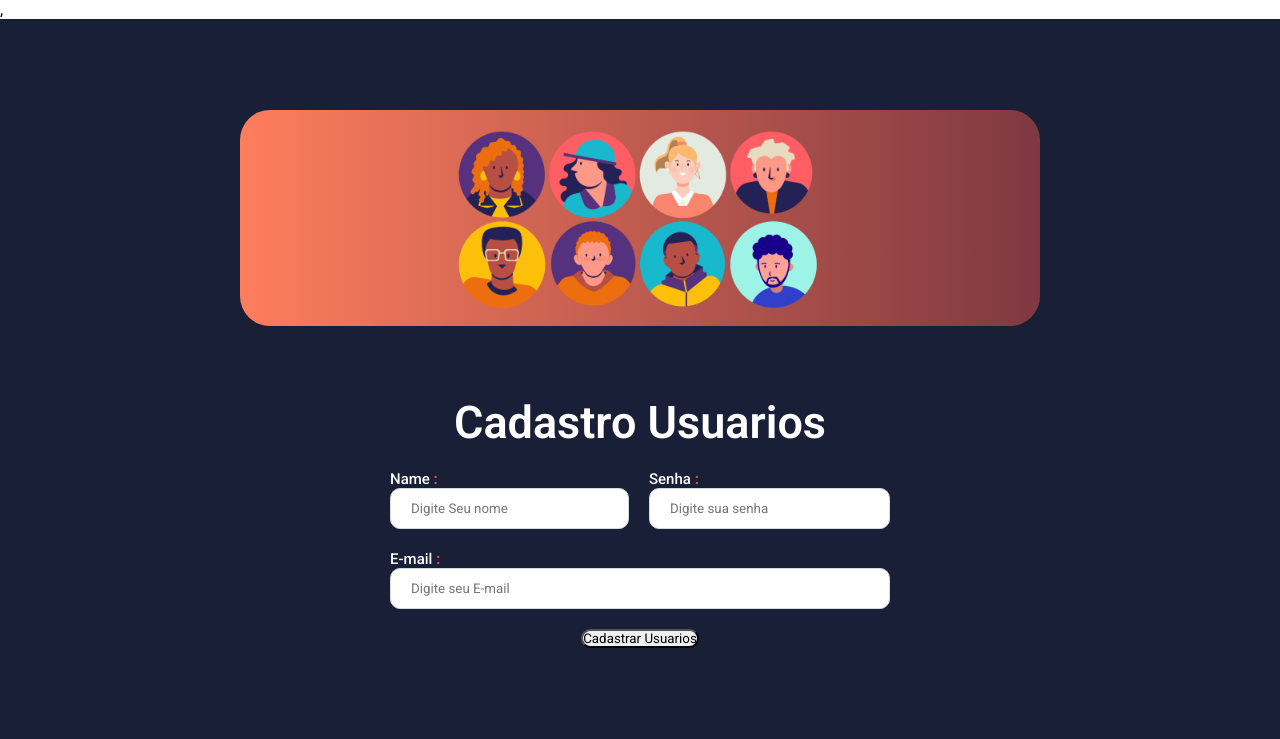
Repository: lcluizrj/meu-projeto-vscode
Page: / (app in cadastro-usuarios-devclub/)
These files come from the project's save history. The page is drawn as it stood at one moment and after a run of saves; the edit follows.
The browser window is 1280 px wide. The pictures show the whole page.
The project was rebuilt for these pictures with package versions that can differ from the ones it lists, and the page was loaded fresh each time. Also part of the build but not shown: cadastro-usuarios-devclub/vite.config.js.

Above is the page before, as saved 2026-08-15 17:29:44.

### cadastro-usuarios-devclub/index.html
<!doctype html>
<html lang="en">
  <head>
    <meta charset="UTF-8" />
    <link rel="icon" type="image/svg+xml" href="/favicon.svg" />
    <meta name="viewport" content="width=device-width, initial-scale=1.0" />
    <title>cadastro-usuarios-devclub</title>
    <link rel="preconnect" href="https://fonts.googleapis.com">
    <link rel="preconnect" href="https://fonts.gstatic.com" crossorigin>
    <link href="https://fonts.googleapis.com/css2?family=Poppins:wght@300;600&family=Roboto:ital,wght@0,100..900;1,100..900&display=swap" rel="stylesheet">
  </head>
  <body>
    <div id="root"></div>
    <script type="module" src="/src/main.jsx"></script>
  </body>
</html>

### cadastro-usuarios-devclub/src/main.jsx
import React from 'react'
import ReactDOM from 'react-dom/client'
import {GlobalStyles} from './styles/GlobalStyles.js'
import App from './App.jsx'

ReactDOM.createRoot(document.getElementById('root')).render(
  <React.StrictMode>
    <GlobalStyles/>,
    <App />
  </React.StrictMode>,
)

### cadastro-usuarios-devclub/src/styles/GlobalStyles.js
import { createGlobalStyle } from 'styled-components';

export const GlobalStyles = createGlobalStyle`
      *{
        margin: 0;
        padding:0;
        box-sizing:border-box;
        font-family: "Roboto", sans-serif;
       }

`

### cadastro-usuarios-devclub/src/App.jsx
import {Title, Container, Topbackground, Form, ContainerInputs, InputLabel, Input, Button} from "./styles"

import UsersImage from './assets/users.png'

function Home() {

return (
  <Container>
    <Topbackground>
      <img src={UsersImage} alt="Imagens-Usuarios" />
    </Topbackground>

    <Form>
      <Title> Cadastro Usuarios </Title>
      <ContainerInputs>

         <div>
         <InputLabel>
         Name <span>: </span>
         </InputLabel>
         <Input type="text" placeholder="Digite Seu nome" />
         </div>

         <div>
         <InputLabel >
          Senha <span>: </span>
          </InputLabel>
         <Input type="number" placeholder="Digite sua senha"/>
         </div>


      </ContainerInputs>
         <div style={{width: '100%'}}>
         <InputLabel >
          E-mail <span>: </span>
          </InputLabel>
         <Input type="e-mail" placeholder="Digite seu E-mail"/>
         </div>

         <Button>Cadastrar Usuarios</Button>
    </Form>


  </Container>
)

}

export default Home

### cadastro-usuarios-devclub/src/styles.js
import styled from 'styled-components'

export const Container = styled.div `
      background-color: #181f36;
      display: flex;
      flex-direction: column;
      align-items: center;
      justify-content: space-evenly;
      padding: 20px;
      height: 100vh;
`

export const Topbackground= styled.div`
      display: flex;
      align-items: center;
      justify-content: center;
      background:linear-gradient(to right, #fe7e5d,#7f3841) ;
      height: 30vh;
      width: 90vw;
      max-width: 800px;
      border-radius: 30px;

img{
      max-width: 100%;
      max-height: 100%;
   }
`

export const Form = styled.form`
      display: flex;
      flex-direction: column;
      align-items: center;
      gap: 20px;
      max-width: 500px;

`
export const Title = styled.h2 `
      color:#fff ;
      text-align: center;
      font-size: 45px;
      font-style: normal;
      font-weight: 600;


`

export const ContainerInputs = styled.div`
      display: flex;
      gap: 20px;
`

export const Input = styled.input`
      border-radius: 10px;
      border: 1px solid #d2dae2;
      background-color: #fff;
      padding: 12px 20px;
      outline: none;
      width: 100%;
`

export const InputLabel = styled.label`
     color: #fff;
     font-size: 15px;
     font-weight: 500;
span {
     color: #ef4f45;
     font-weight: bold;
     }

`

export const Button = styled.button `
      border-radius: 15px;
      border:;



`

After the next 2 saves:
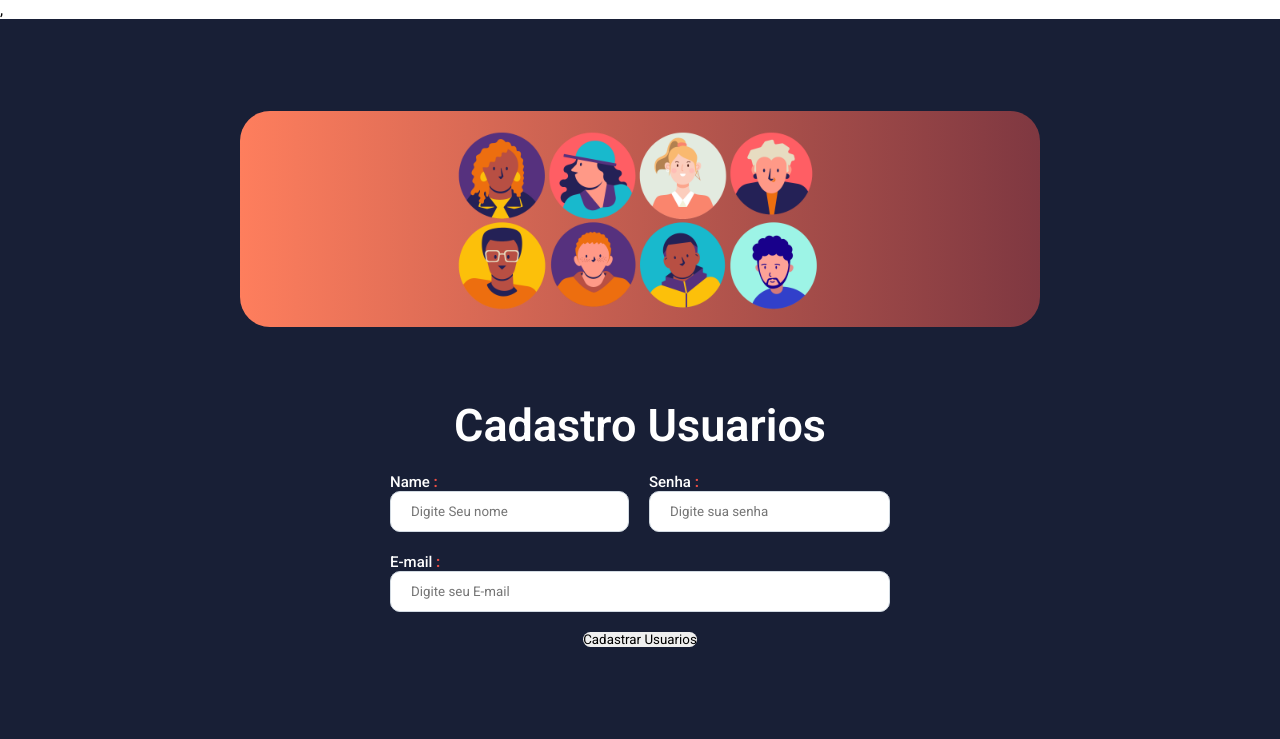
The 2 saves are shown as one change because they came seconds apart.
The last was saved 5 s later.
--- a/cadastro-usuarios-devclub/src/styles.js
+++ b/cadastro-usuarios-devclub/src/styles.js
@@ -71,7 +71,8 @@ span {
 
 export const Button = styled.button `
       border-radius: 15px;
-      border:;
+      border:none;
+
 
 
 
